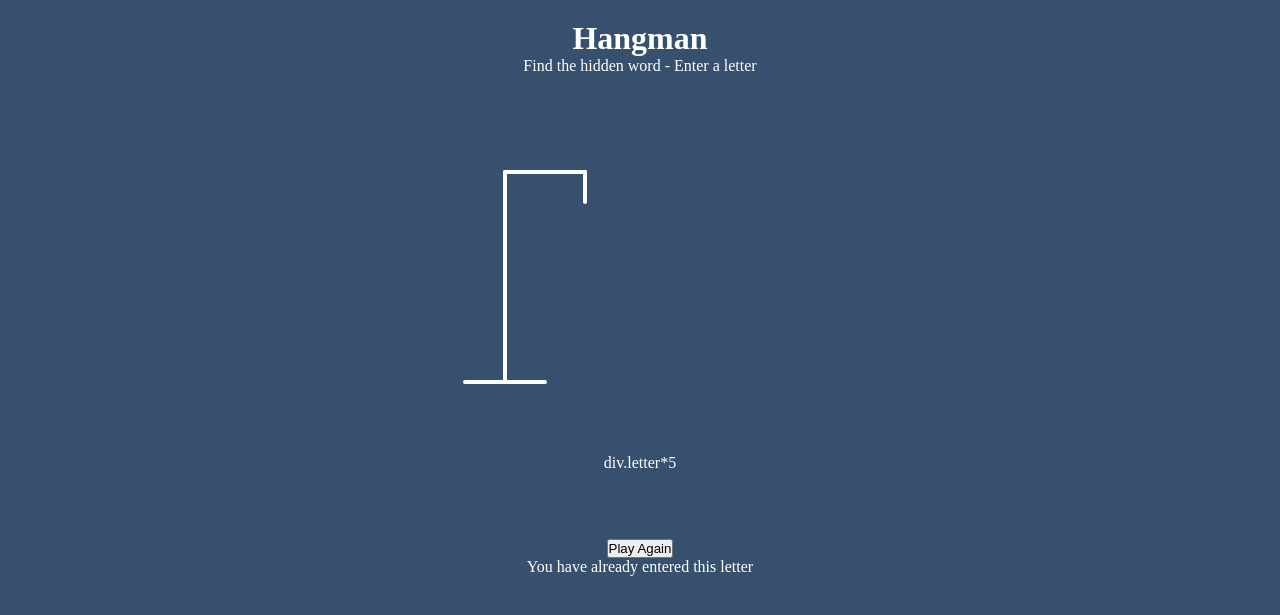
Repository: CAMPSLOPY/HangMan
Page: index.html
The author's editor kept a copy of each file at every save. The page is drawn from the files as they stood at one save, then again after a run of saves.
The browser window is 1280 px wide. The pictures show the whole page.
Some web fonts or font styles are not loaded; a fallback is used.

Above is the page before, as saved 2021-01-26 15:31:31.

After the next 4 saves:
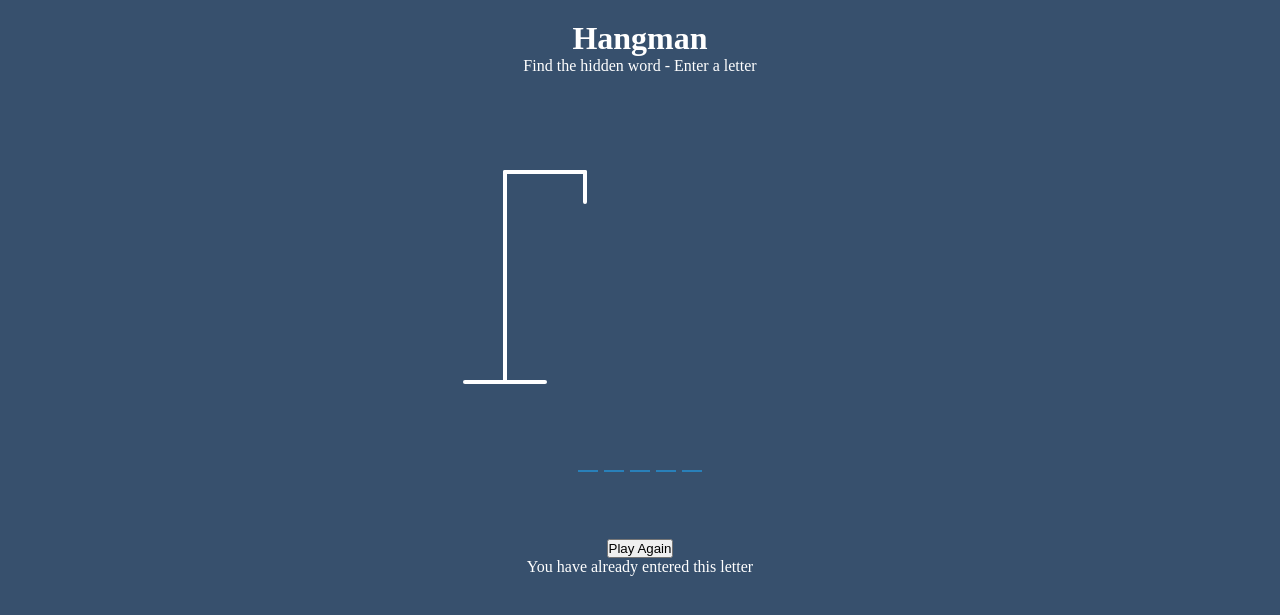
The 4 saves are shown as one change because they came seconds apart.
The last was saved 12 s later.
--- a/index.html
+++ b/index.html
@@ -42,7 +42,11 @@
       </div>
 
       <div class="word" id="word">
-          div.letter*5
+          <div class="letter"></div>
+          <div class="letter"></div>
+          <div class="letter"></div>
+          <div class="letter"></div>
+          <div class="letter"></div>
       </div>
     </div>
 
